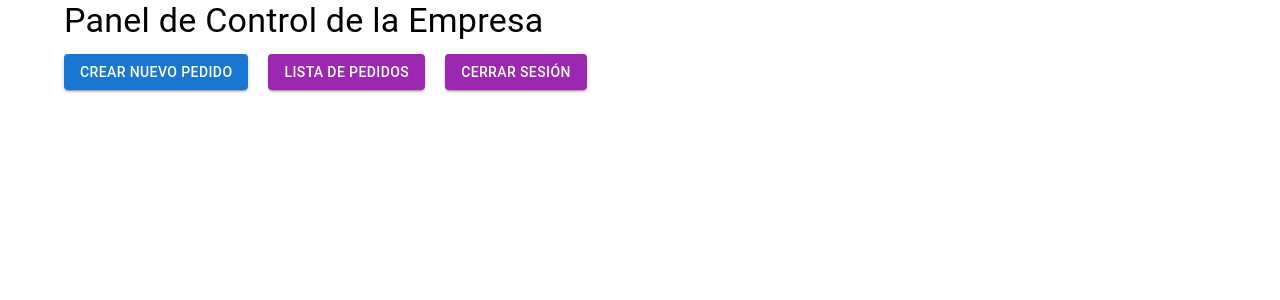
Repository: ferugarte/deliverapp
Page: /dashboard/company
An editor plug-in stored every save of this project. The page is shown before and after the next save, followed by the edit.
The browser window is 1280 px wide. The pictures show the whole page.
The project was rebuilt for these pictures with package versions that can differ from the ones it lists, and the page was loaded fresh each time. Also part of the build but not shown: src/components/Auth/Login.js, src/firebase/config.js, src/components/Auth/RegisterUser.js, src/components/Auth/RegisterCompany.js, src/components/Dashboard/AdminDashboard.js, src/components/Dashboard/DriverDashboard.js, src/components/Order/OrderList.js, src/components/Order/OrderDetails.js and 5 more.

Above is the page before, as saved 2023-12-26 12:56:35.

After the next save:
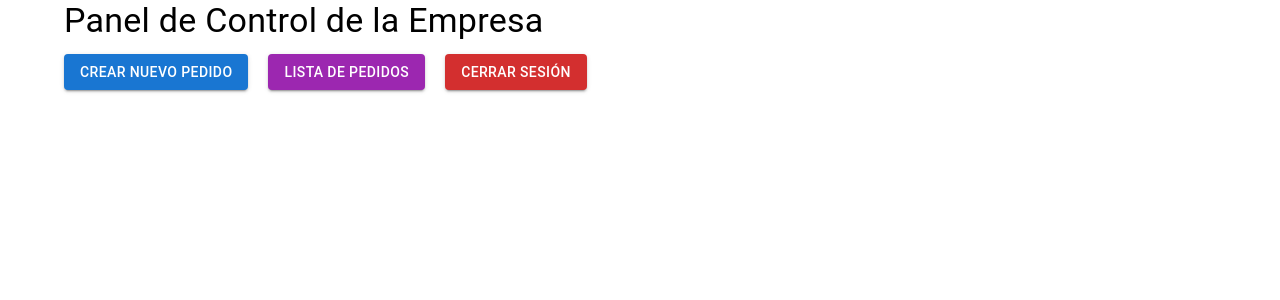
Saved 26 s later.
--- a/src/components/Dashboard/CompanyDashboard.js
+++ b/src/components/Dashboard/CompanyDashboard.js
@@ -45,7 +45,7 @@ const CompanyDashboard = () => {
 
       <Button
         variant="contained"
-        color="secondary"
+        color="error"
         onClick={handleLogoff}
         style={{ marginLeft: '20px' }}
       >
